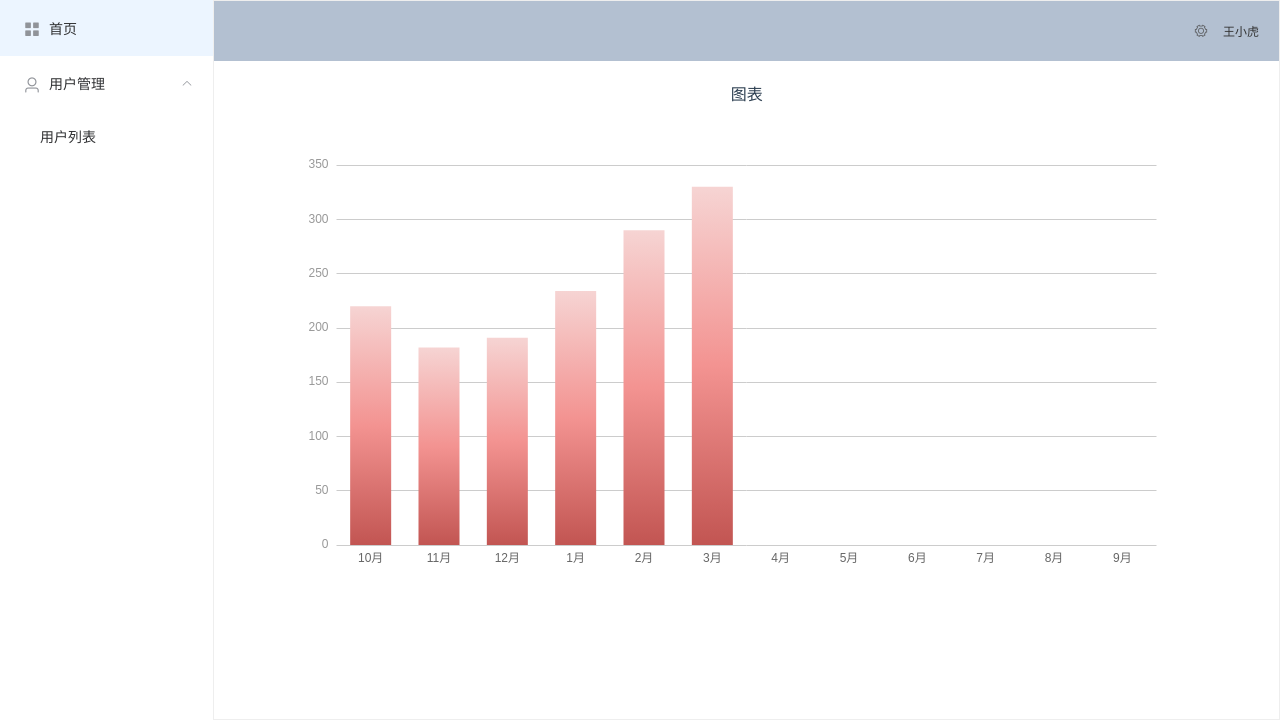
Repository: cmw520520/admin_vue
Page: /#/example/echart
These files come from the project's save history. The page is drawn as it stood at one moment and after the next save; the edit follows.
The browser window is 1280 px wide. The pictures show the whole page.
The project was rebuilt for these pictures with package versions that can differ from the ones it lists, and the page was loaded fresh each time. Also part of the build but not shown: src/page/home/Home.vue, src/page/user/UserList.vue.

Above is the page before, as saved 2019-07-01 13:36:23.

After the next save:
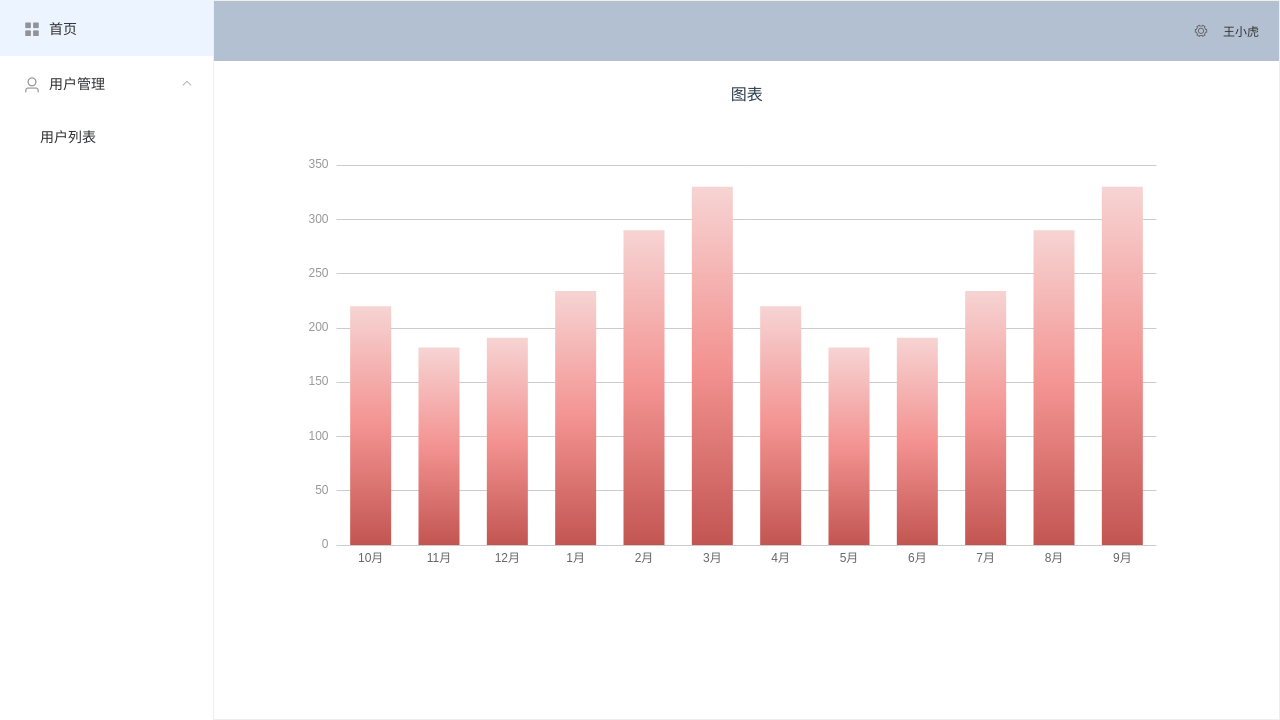
Saved 17 s later.
--- a/example/Echart.vue
+++ b/example/Echart.vue
@@ -97,7 +97,7 @@ export default {
                         )
                     }
                 },
-                data: [220, 182, 191, 234, 290, 330]
+                data: [220, 182, 191, 234, 290, 330, 220, 182, 191, 234, 290, 330]
             }
           ]
         });
